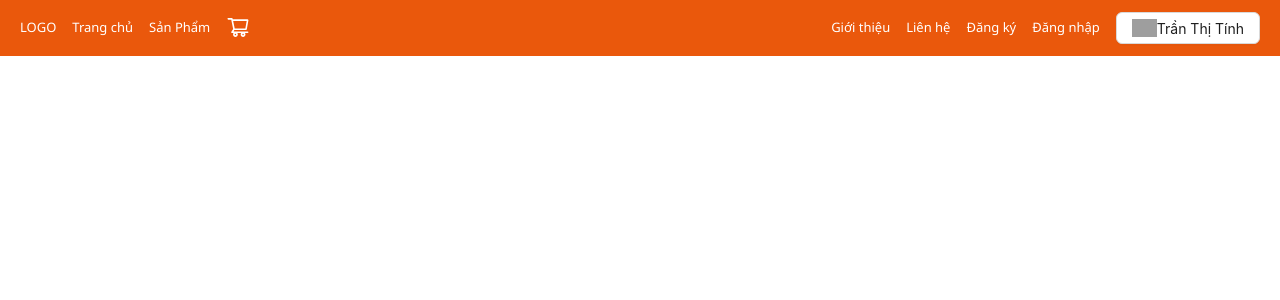
Repository: TinhTT336/MD02_Session15
Page: / (app in client/)
An editor plug-in stored every save of this project. The page is shown before and after the next save, followed by the edit.
The browser window is 1280 px wide. The pictures show the whole page.
Pictures or frames that could not be fetched are drawn as grey boxes. The project was rebuilt for these pictures with package versions that can differ from the ones it lists, and the page was loaded fresh each time. Also part of the build but not shown: client/vite.config.js.

Above is the page before, as saved 2023-09-15 09:32:24.

### client/src/main.jsx
import React from 'react'
import ReactDOM from 'react-dom/client'
import App from './App.jsx'
import './index.css'
import { BrowserRouter } from "react-router-dom";

ReactDOM.createRoot(document.getElementById('root')).render(
  <BrowserRouter>
    <App />
  </BrowserRouter>
)

### client/src/App.jsx
import "./assets/styles/main.css";
import Header from "./components/user/header/Header";

function App() {

  return (
    <>
      <Header />
    </>
  )
}

export default App

### client/src/assets/styles/main.css
* {
  margin: 0;
  padding: 0;
  box-sizing: border-box;
}
@font-face {
  font-family: Notosans-bold;
  src: url(../fonts/notosans-bold.3ede5aff.woff2);
}
@font-face {
  font-family: Notosans-italic;
  src: url(../fonts/notosans-italic.1c1aaac9.woff2);
}
@font-face {
  font-family: Notosans-regular;
  src: url(../fonts/notosans-regular.2cb88a13.woff2);
}
@font-face {
  font-family: Notosans-semibold;
  src: url(../fonts/notosans-semibold.df3e6dc4.woff2);
}

body {
  height: 100%;
  width: 100%;
  font-size: 13px;
  font-family: Notosans-regular;
  color: #000000;
  background-color: #ffffff;
}

::-webkit-scrollbar {
  width: 10px;
  height: 10px;
}
::-webkit-scrollbar-track {
  background: #f1f1f1;
}
::-webkit-scrollbar-thumb {
  background: #b8bcc3;
}
::-webkit-scrollbar-thumb:hover {
  background: #888;
}
::-webkit-scrollbar-track-piece {
  background-color: #f1f1f1;
  width: 10px;
}

### client/src/components/user/header/Header.jsx
import React from 'react'
import { NavLink } from "react-router-dom"
import { ShoppingCartOutlined } from "@ant-design/icons"
import { Button, Dropdown } from 'antd';

export default function Header() {
    const items = [
        {
            key: '1',
            label: (
                <a target="_blank" rel="noopener noreferrer" href="https://www.antgroup.com">
                    Thông tin tài khoản
                </a>
            ),
        },
        {
            key: '2',
            label: (
                <a target="_blank" rel="noopener noreferrer" href="https://www.aliyun.com">
                    Lịch sử mua hàng
                </a>
            ),
        },
        {
            key: '3',
            label: (
                <a target="_blank" rel="noopener noreferrer" href="https://www.luohanacademy.com">
                    Đăng xuất
                </a>
            ),
        },
    ];
    return (
        <>
            <div className='w-full bg-orange-600 h-14 text-white flex items-center justify-between px-5'>
                <div className='flex gap-4 items-center'>
                    <NavLink to="/">LOGO</NavLink>
                    <NavLink to="/">Trang chủ</NavLink>
                    <NavLink to="/list-product">Sản Phẩm</NavLink>
                    <NavLink to="/cart">
                        <ShoppingCartOutlined className='text-2xl relative' />
                        <span className='bg-white px-2 rounded-xl text-black absolute'></span>
                    </NavLink>
                </div>
                <div className='flex gap-4 items-center'>
                    <NavLink to="/about">Giới thiệu</NavLink>
                    <NavLink to="/contact">Liên hệ</NavLink>
                    <NavLink to="/register">Đăng ký</NavLink>
                    <NavLink to="/login">Đăng nhập</NavLink>
                    <Dropdown
                        menu={{
                            items,
                        }}
                        placement="bottomLeft"
                        arrow
                    >
                        <Button>
                            <div className='flex items-center'>
                                <img
                                    height={25} width={25} src="https://yt3.googleusercontent.com/-CFTJHU7fEWb7BYEb6Jh9gm1EpetvVGQqtof0Rbh-VQRIznYYKJxCaqv_9HeBcmJmIsp2vOO9JU=s900-c-k-c0x00ffffff-no-rj" alt="" />
                                Trần Thị Tính
                            </div>

                        </Button>
                    </Dropdown>
                </div>
            </div>
        </>
    )
}

Loaded but not shown: client/src/index.css (common file); client/tailwind.config.js (common file)

After the next save:
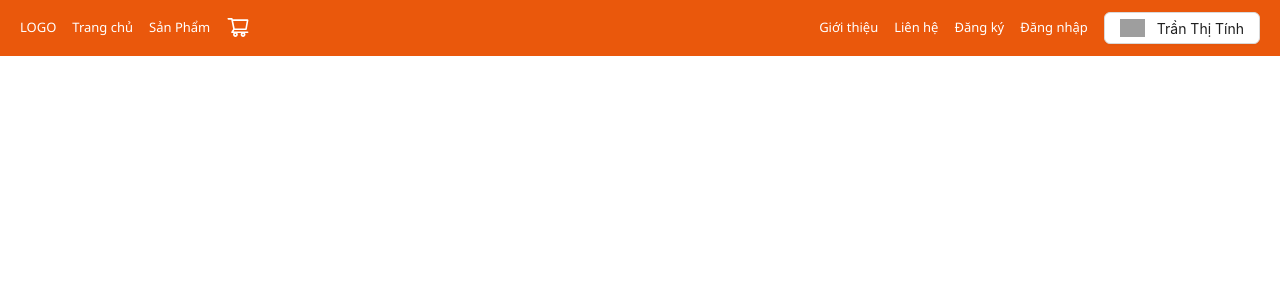
Saved 9 s later.
--- a/client/src/components/user/header/Header.jsx
+++ b/client/src/components/user/header/Header.jsx
@@ -55,7 +55,7 @@ export default function Header() {
                         arrow
                     >
                         <Button>
-                            <div className='flex items-center'>
+                            <div className='flex items-center gap-3'>
                                 <img
                                     height={25} width={25} src="https://yt3.googleusercontent.com/-CFTJHU7fEWb7BYEb6Jh9gm1EpetvVGQqtof0Rbh-VQRIznYYKJxCaqv_9HeBcmJmIsp2vOO9JU=s900-c-k-c0x00ffffff-no-rj" alt="" />
                                 Trần Thị Tính
